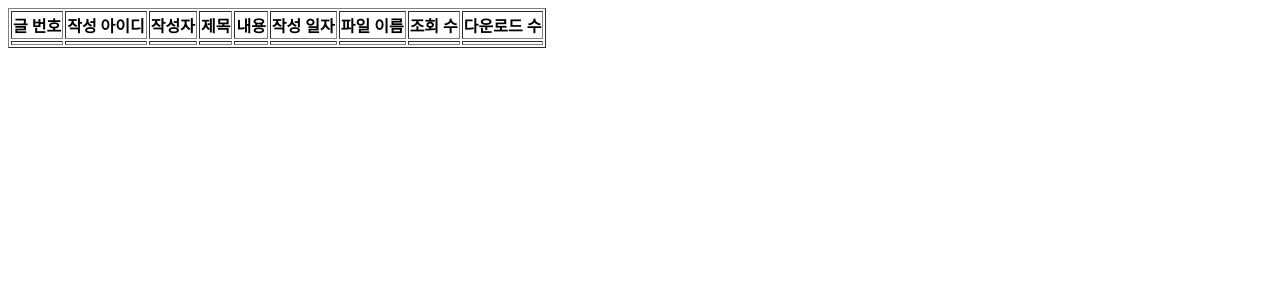
Repository: khy4701/JavaServerPage-Servlet
Page: http://localhost/07.BoardProejct/View.jsp
The author's editor kept a copy of each file at every save. The page is drawn from the files as they stood at one save, then again after the next save.
The browser window is 1280 px wide. The pictures show the whole page.
The page is served by Tomcat 9.

Above is the page before, as saved 2016-07-26 07:52:49.

After the next save:
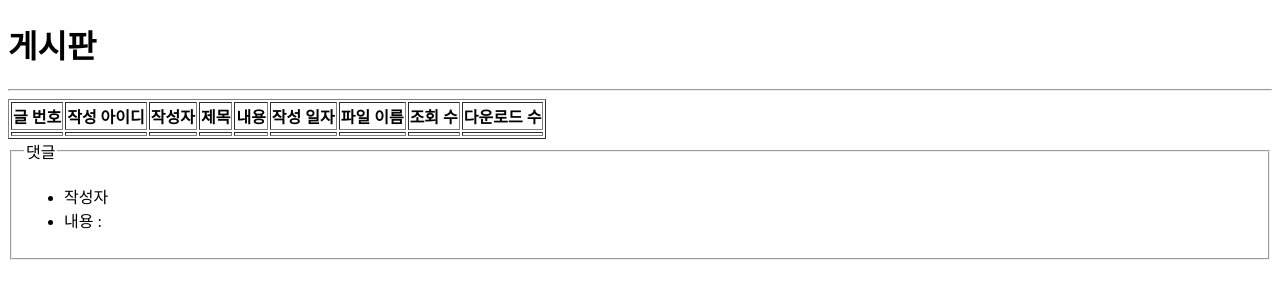
Saved 16 h 49 min later.
--- a/07.BoardProejct/WebContent/View.jsp
+++ b/07.BoardProejct/WebContent/View.jsp
@@ -10,6 +10,8 @@
 </head>
 <body>
 
+<h1>게시판</h1>
+<hr>
 
 <c:set var ="content" value= "${requestScope.ContentInfo}"/>
 <table border ="1">
@@ -29,5 +31,13 @@
 
 </table>
 
+<fieldset>
+	<legend>댓글 </legend>
+		<ul>
+			<li>작성자 </li>
+			<li>내용 : </li>
+		</ul>
+</fieldset>
+
 </body>
 </html>
